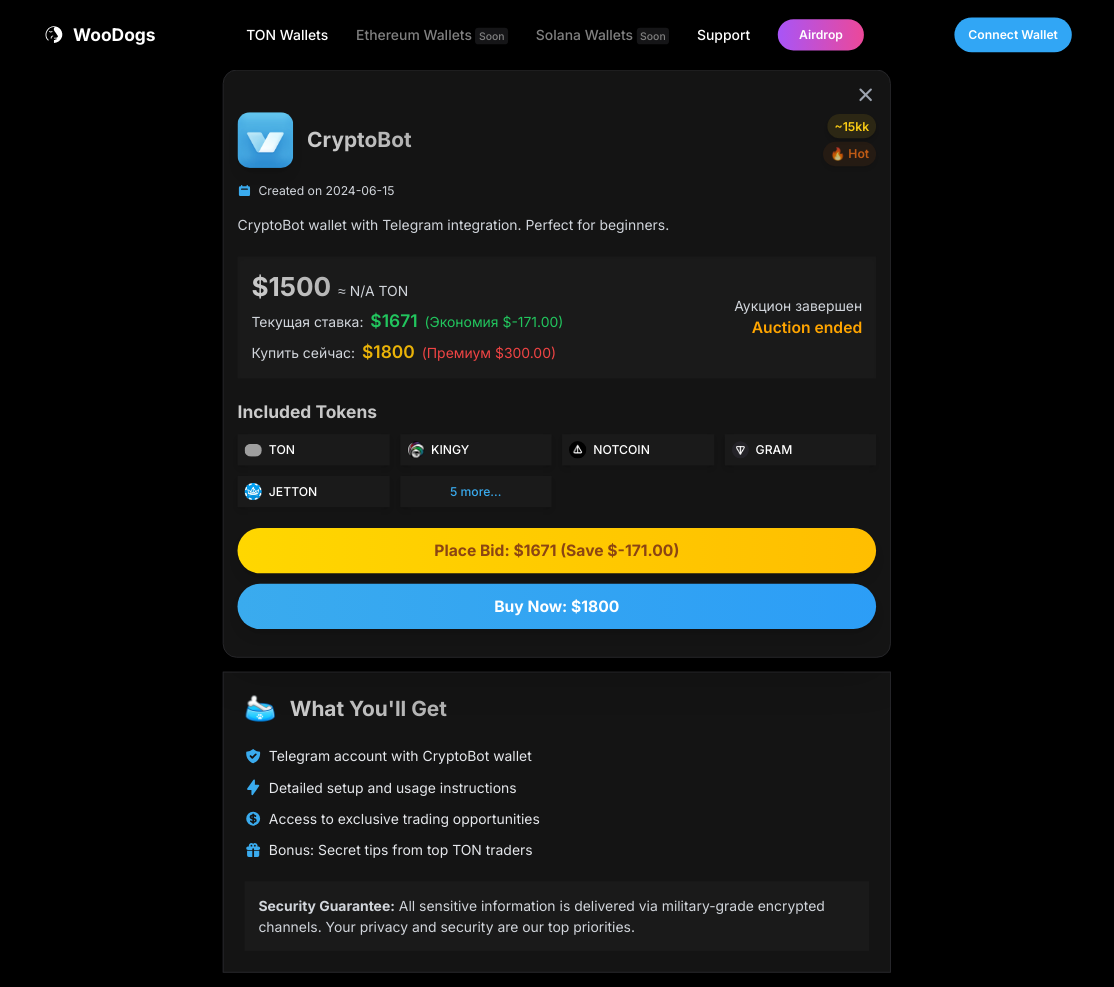
Repository: itititi/woofdogs_off
Page: /wallet/cryptobot-1
The author's editor kept a copy of each file at every save. The page is drawn from the files as they stood at one save, then again after the next save.
The browser window is 1280 px wide. The pictures show the whole page, at 87% of full size.
Pictures or frames that could not be fetched are drawn as grey boxes. The page's requests for data from a server got no answer. The project was rebuilt for these pictures with package versions that can differ from the ones it lists, and the page was loaded fresh each time. The framework's server and built-in components were replaced by stand-ins that run in the browser. No one was signed in, and anything a server would have sent is missing. Also part of the build but not shown: next.config.mjs.

Above is the page before, as saved 2024-10-25 22:50:56.

After the next save:
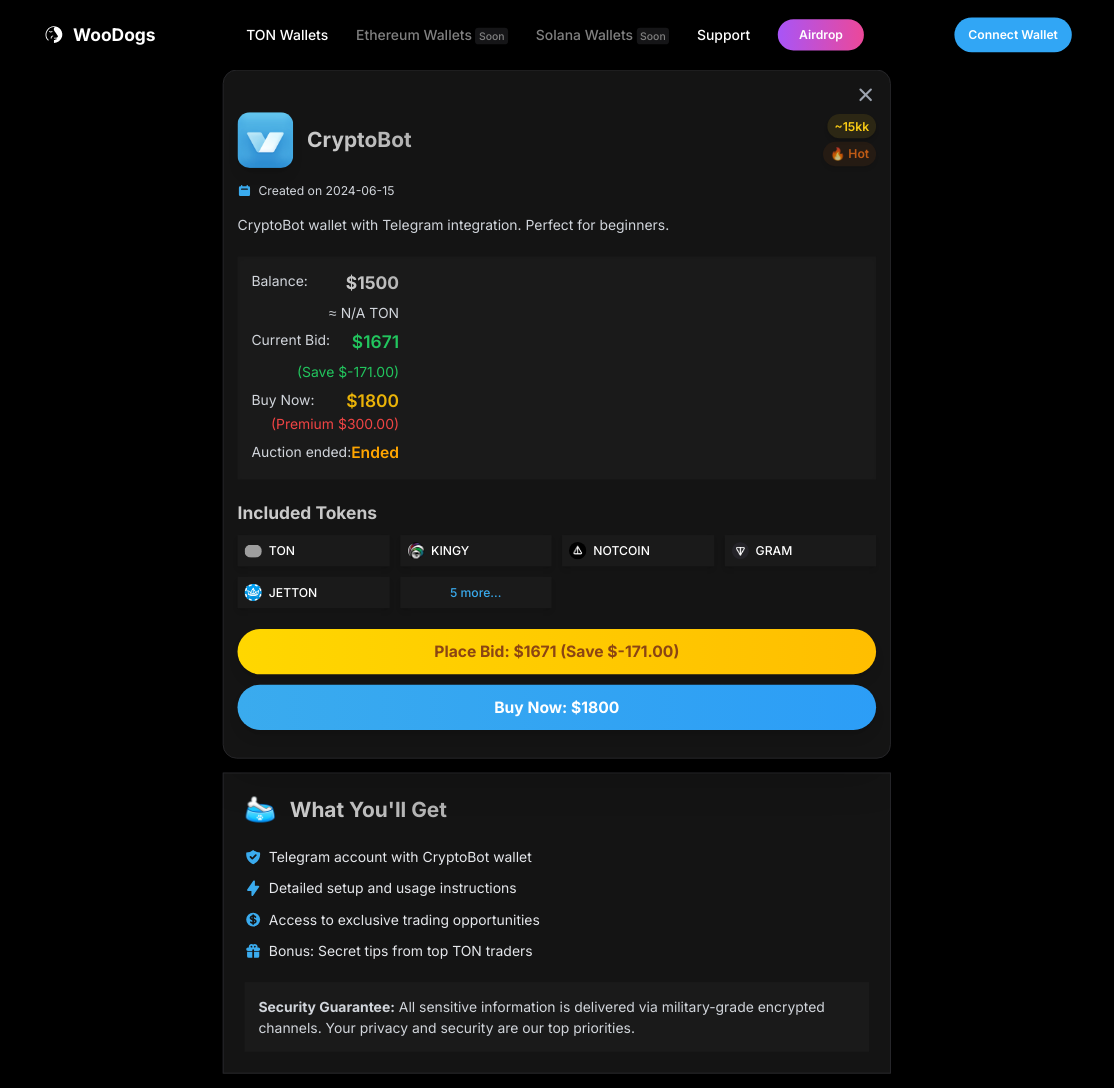
Saved 112 s later.
--- a/src/app/wallet/[id]/page.tsx
+++ b/src/app/wallet/[id]/page.tsx
@@ -183,39 +183,40 @@
             <p className="text-gray-300 text-base mb-6 leading-relaxed">{wallet.description}</p>
 
             <div className="flex flex-col sm:flex-row sm:justify-between sm:items-center mb-6 bg-[#1A1A1A] p-4 rounded-lg shadow-inner">
-              <div className="mb-2 sm:mb-0">
-                <div className="mb-2">
-                  <span className="text-2xl sm:text-3xl font-bold titanium-gradient">${wallet.priceUSD}</span>
-                  <span className="text-sm sm:text-base text-gray-300 ml-2">
-                    ≈ {tonAmount} TON
-                  </span>
-                </div>
-                <div className="mb-2">
-                  <span className="text-sm sm:text-base text-gray-300">Текущая ставка:</span>
-                  <span className="text-lg sm:text-xl font-semibold text-green-500 ml-2">${bidPrice ?? 'N/A'}</span>
-                  {bidPrice !== null && (
-                    <span className="text-sm sm:text-base text-green-500 ml-2">
-                      (Экономия ${(wallet.priceUSD - bidPrice).toFixed(2)})
-                    </span>
-                  )}
-                </div>
-                <div>
-                  <span className="text-sm sm:text-base text-gray-300">Купить сейчас:</span>
-                  <span className="text-lg sm:text-xl font-semibold text-yellow-500 ml-2">${blitzPrice ?? 'N/A'}</span>
-                  {blitzPrice !== null && (
-                    <span className="text-sm sm:text-base text-red-500 ml-2">
-                      (Премиум ${(blitzPrice - wallet.priceUSD).toFixed(2)})
-                    </span>
-                  )}
-                </div>
-              </div>
-              <div className="flex flex-col items-start sm:items-end">
-                <span className="text-gray-300 text-sm sm:text-base">
-                  {isAuctionEnded ? 'Аукцион завершен' : 'Аукцион завершится через:'}
-                </span>
-                <span className="font-semibold text-base sm:text-lg text-[#FFA500]">
-                  {timeLeft}
-                </span>
+              <div className="mb-2 sm:mb-0 flex flex-col">
+                <div className="mb-2 flex justify-between">
+                  <span className="text-sm sm:text-base text-gray-300">Balance:</span>
+                  <span className="text-lg sm:text-xl font-bold titanium-gradient">${wallet.priceUSD}</span>
+                </div>
+                <div className="mb-2 text-sm sm:text-base text-gray-300 text-right">
+                  ≈ {tonAmount} TON
+                </div>
+                <div className="mb-2 flex justify-between">
+                  <span className="text-sm sm:text-base text-gray-300">Current Bid:</span>
+                  <span className="text-lg sm:text-xl font-semibold text-green-500">${bidPrice ?? 'N/A'}</span>
+                </div>
+                {bidPrice !== null && (
+                  <div className="mb-2 text-sm sm:text-base text-green-500 text-right">
+                    (Save ${(wallet.priceUSD - bidPrice).toFixed(2)})
+                  </div>
+                )}
+                <div className="flex justify-between">
+                  <span className="text-sm sm:text-base text-gray-300">Buy Now:</span>
+                  <span className="text-lg sm:text-xl font-semibold text-yellow-500">${blitzPrice ?? 'N/A'}</span>
+                </div>
+                {blitzPrice !== null && (
+                  <div className="text-sm sm:text-base text-red-500 text-right">
+                    (Premium ${(blitzPrice - wallet.priceUSD).toFixed(2)})
+                  </div>
+                )}
+                <div className="mt-2 flex justify-between">
+                  <span className="text-sm sm:text-base text-gray-300">
+                    {isAuctionEnded ? 'Auction ended:' : 'Auction ends in:'}
+                  </span>
+                  <span className="font-semibold text-base sm:text-lg text-[#FFA500]">
+                    {isAuctionEnded ? 'Ended' : timeLeft}
+                  </span>
+                </div>
               </div>
             </div>
 
